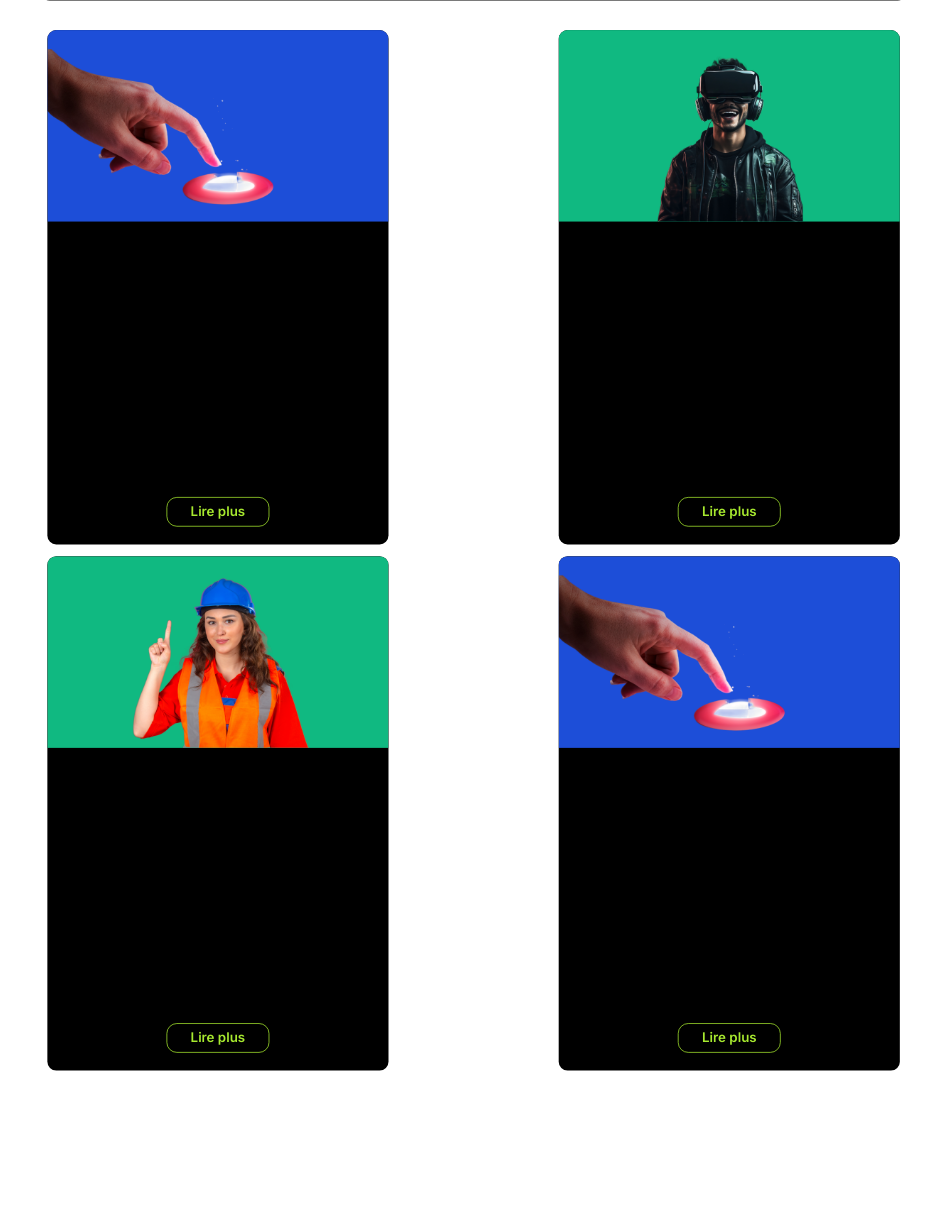
Repository: NassimeElkamari/test
Page: /blogs
These files come from the project's save history. The page is drawn as it stood at one moment and after a run of saves; the edit follows.
The browser window is 1280 px wide. The pictures show the part of the page from y = 652 to 2298 px (the page is 2298 px tall), at 74% of full size.
The project was rebuilt for these pictures with package versions that can differ from the ones it lists, and the page was loaded fresh each time. The framework's server and built-in components were replaced by stand-ins that run in the browser. Also part of the build but not shown: next.config.mjs.

Above is the page before, as saved 2024-06-12 15:49:50.

After the next 2 saves:
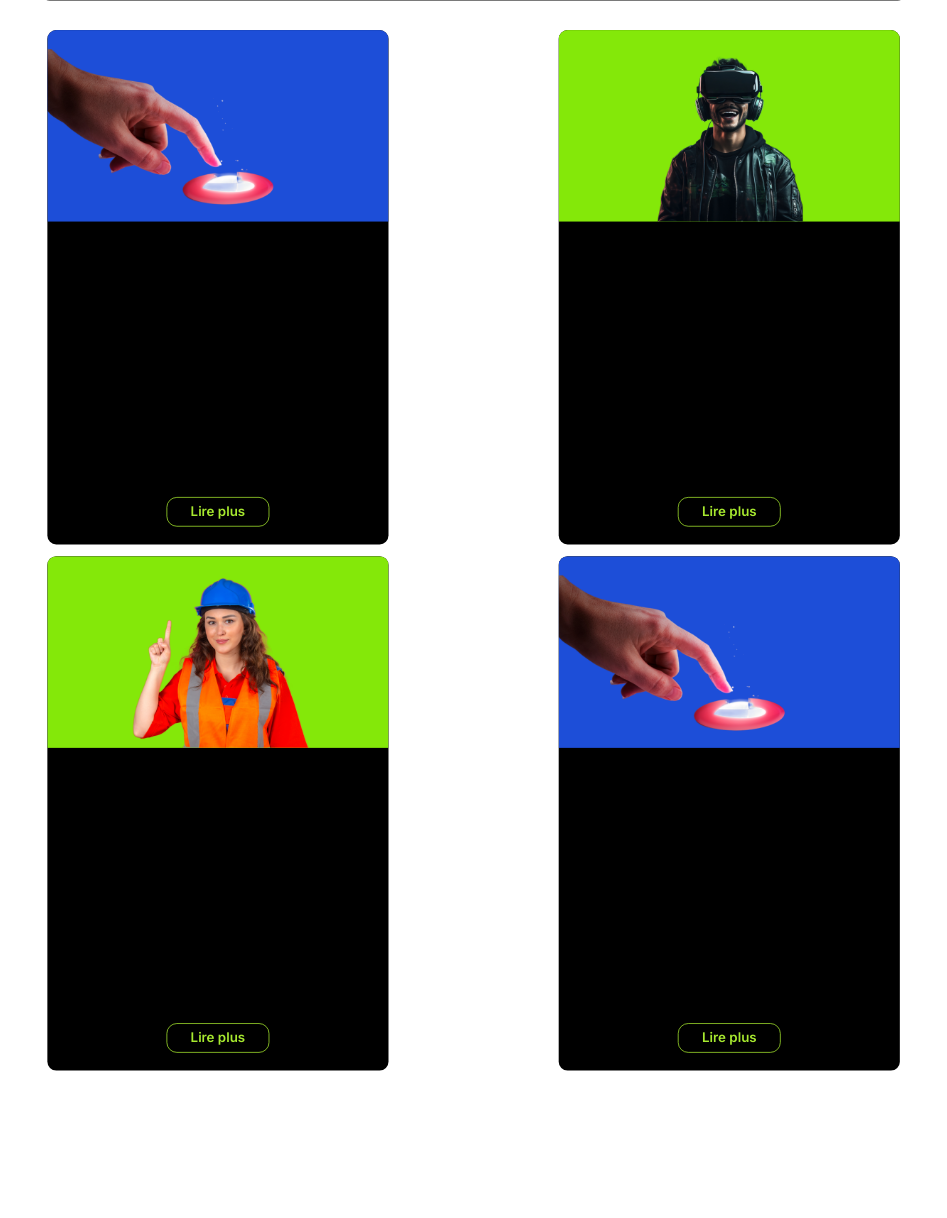
The 2 saves are shown as one change because they came seconds apart.
The last was saved 3 min 31 s later.
--- a/src/data/cardData.js
+++ b/src/data/cardData.js
@@ -13,7 +13,7 @@ export const cardData = [
     title: "22222L'impact des médias sociaux sur la santé mental",
     description: "Discuter de la façon dont les likes, les commentaires et les partages peuvent devenir une mesure de notre valeur personnelle, et comment cela peut affecter notre estime de soi et notre bien-être émotionnel...",
     date: "11 Décembre 2023",
-    background: '#10B981' // Background color for the second card
+    background: '#84e809' // Background color for the second card
   },
   {
     id: 3,
@@ -21,7 +21,7 @@ export const cardData = [
     title: "33333L'impact des médias sociaux sur la santé mental",
     description: "Discuter de la façon dont les likes, les commentaires et les partages peuvent devenir une mesure de notre valeur personnelle, et comment cela peut affecter notre estime de soi et notre bien-être émotionnel...",
     date: "11 Décembre 2023",
-    background: '#10B981' // Background color for the third card
+    background: '#84e809' // Background color for the third card
   },
   {
     id: 4,
